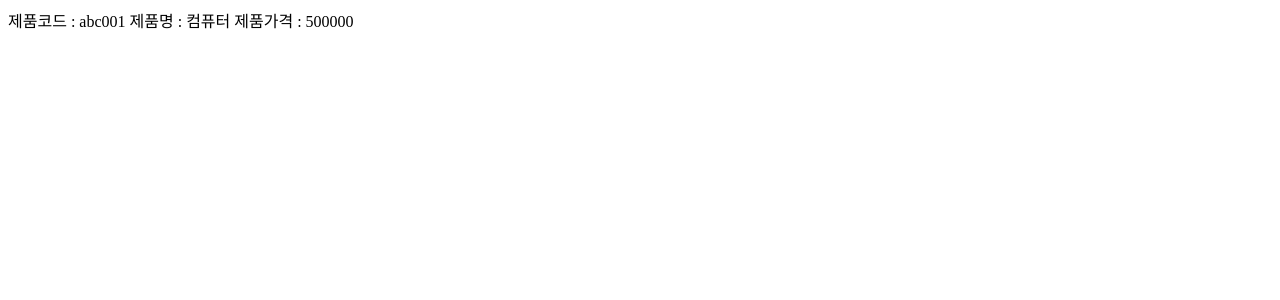
Repository: youngmoon525/Jsp_Servlet
Page: http://localhost/03.JSP/jsp30.jsp
An editor plug-in stored every save of this project. The page is shown before and after the next save, followed by the edit.
The browser window is 1280 px wide. The pictures show the whole page.
The page is served by Tomcat 9. Other server files are loaded and not shown.

Above is the page before, as saved 2021-09-08 02:59:03.

### workspace/03.JSP/WebContent/jsp30.jsp
<%@ page language="java" contentType="text/html; charset=UTF-8" pageEncoding="UTF-8"%>
<!DOCTYPE html>
<html>
<head>
<meta charset="UTF-8">
<title>JSP30</title>
</head>
<body>
<%
//JAVA 변수를 선언 및 초기화 한 후, jsp31.jsp 넘기자 : 동적페이지전환 → forward()
String code = "abc001";
String name = "컴퓨터";
int price = 500000;

request.setAttribute("code", code);		//바인딩(연결) 객체
request.setAttribute("name", name);
request.setAttribute("price", price);
RequestDispatcher rd = request.getRequestDispatcher("jsp31.jsp");	//페이지 호출
rd.forward(request, response);	//동적 페이지 전환
%>
</body>
</html>

### workspace/03.JSP/WebContent/jsp31.jsp
<%@ page language="java" contentType="text/html; charset=UTF-8" pageEncoding="UTF-8"%>
<!DOCTYPE html>
<html>
<head>
<meta charset="UTF-8">
<title>JSP31</title>
</head>
<body>
<%
request.setCharacterEncoding("utf-8");
String code = (String) request.getAttribute("code");
String name = (String) request.getAttribute("name");
Integer price = (Integer) request.getAttribute("price");

out.println("제품코드 : " + code);
out.println("제품명 : " + name);
out.println("제품가격 : " + price);
%>
</body>
</html>

After the next save:
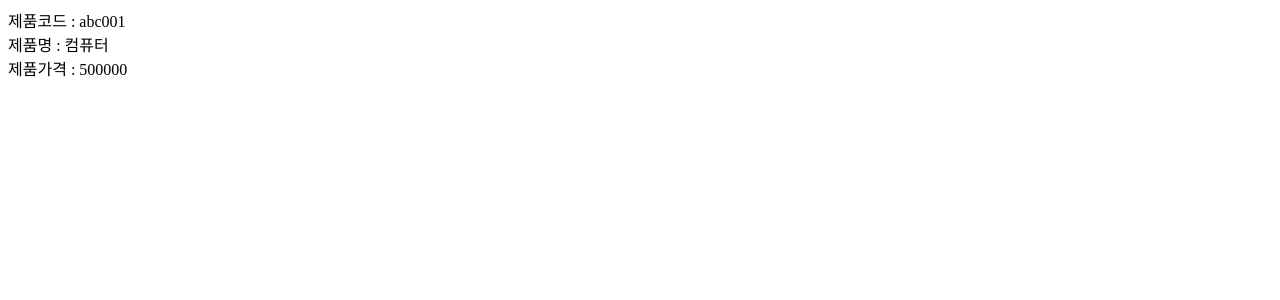
Saved 44 s later.
--- a/workspace/03.JSP/WebContent/jsp31.jsp
+++ b/workspace/03.JSP/WebContent/jsp31.jsp
@@ -12,8 +12,8 @@ String code = (String) request.getAttribute("code");
 String name = (String) request.getAttribute("name");
 Integer price = (Integer) request.getAttribute("price");
 
-out.println("제품코드 : " + code);
-out.println("제품명 : " + name);
+out.println("제품코드 : " + code + "<br/>");
+out.println("제품명 : " + name + "<br/>");
 out.println("제품가격 : " + price);
 %>
 </body>
